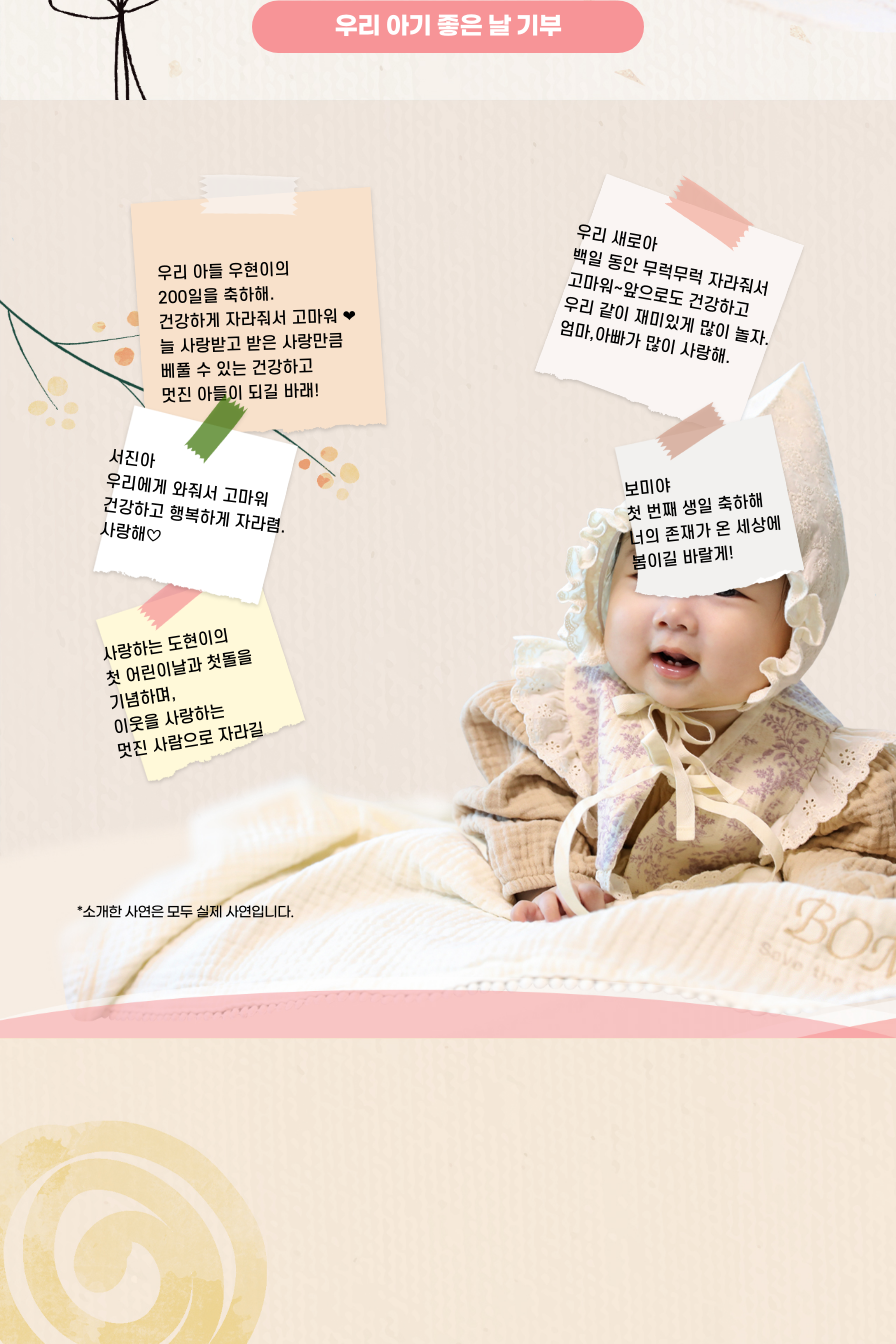
Repository: dlgywls1130/save_the_children
Page: index.html
These files come from the project's save history. The page is drawn as it stood at one moment and after the next save; the edit follows.
The browser window is 1280 px wide. The pictures show the part of the page from y = 937 to 2857 px (the page is 4840 px tall), at 70% of full size.

Above is the page before, as saved 2023-12-12 22:23:59.

After the next save:
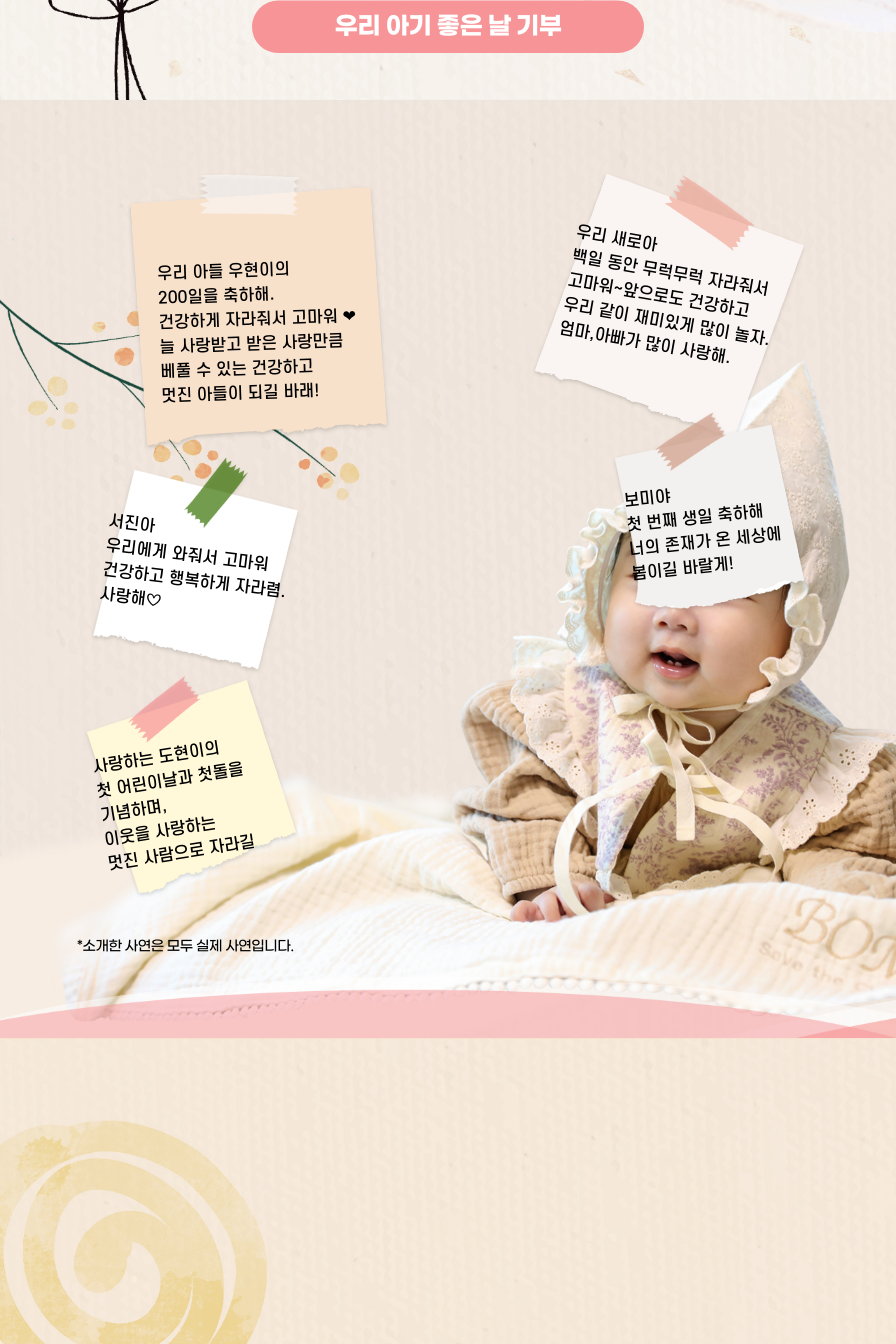
Saved 104 s later.
--- a/css/style.css
+++ b/css/style.css
@@ -216,7 +216,7 @@
 .postit_wrapper{
     width: 100%;
     position: relative;
-    height: 1075px;
+    height: 1123px;
 }
 
 .ex_text{
@@ -265,7 +265,7 @@
     padding: 120px 40px 60px;
     box-sizing: border-box;
     left: 0;
-    top: 29%;
+    top: 36%;
     transform: rotate(7deg);
     z-index: 1;
 }
@@ -289,8 +289,8 @@
     background-size: contain;
     padding: 120px 40px 60px;
     box-sizing: border-box;
-    top: 52%;
-    left: 0;
+    top: 64%;
+    left: -13px;
     transform: rotate(-9deg);
 }
 /* section03 */
